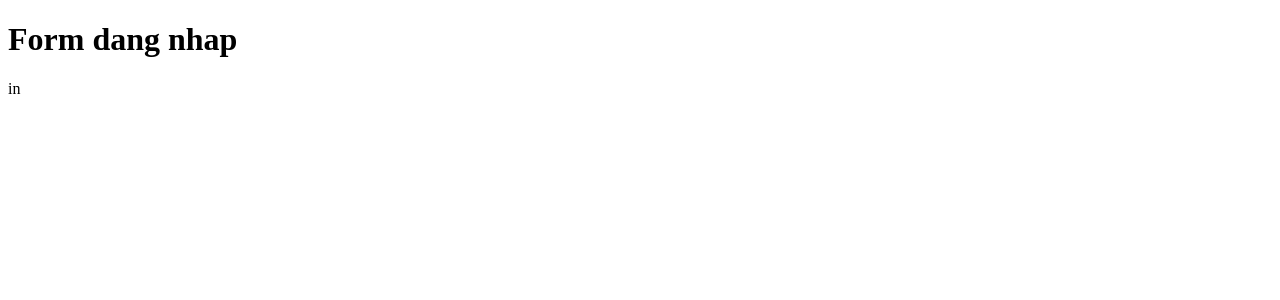
Repository: iamwind-dev/PHP
Page: http://localhost/tuan2/bai1/bai1.php
An editor plug-in stored every save of this project. The page is shown before and after a run of saves, followed by the edit.
The browser window is 1280 px wide. The pictures show the whole page.
The page is run by PHP 8.4 with error messages shown; the project is at /var/www/html/.

Above is the page before, as saved 2023-09-15 14:46:57.

### tuan2/bai1/bai1.php
<!DOCTYPE html>
<html lang="en">

<head>
    <meta charset="UTF-8">
    <meta name="viewport" content="width=device-width, initial-scale=1.0">
    <title>Form Dang Nhap</title>
</head>

<body>
    <?php

    ?>
    <h1>Form dang nhap</h1>
    <form action="xulydangnhap.php" method="GET">
        in
    </form>
</body>

</html>

After the next 3 saves:
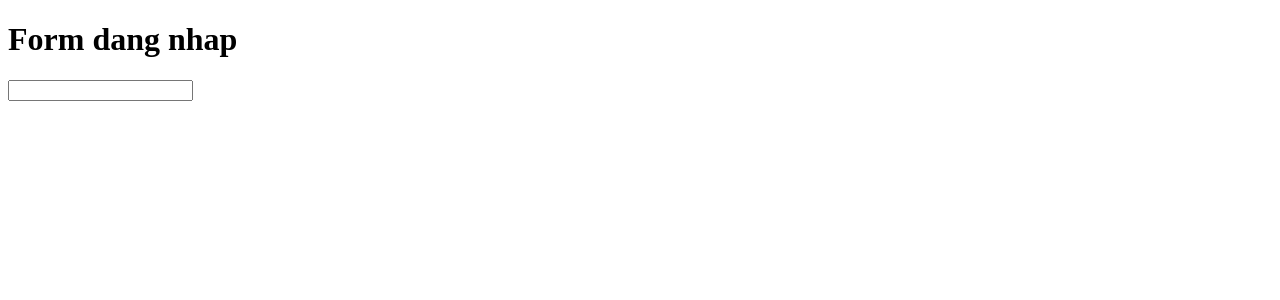
The 3 saves are shown as one change because they came seconds apart.
The last was saved 9 s later.
--- a/tuan2/bai1/bai1.php
+++ b/tuan2/bai1/bai1.php
@@ -13,7 +13,7 @@
     ?>
     <h1>Form dang nhap</h1>
     <form action="xulydangnhap.php" method="GET">
-        in
+        <input type="text" name=>
     </form>
 </body>
 
